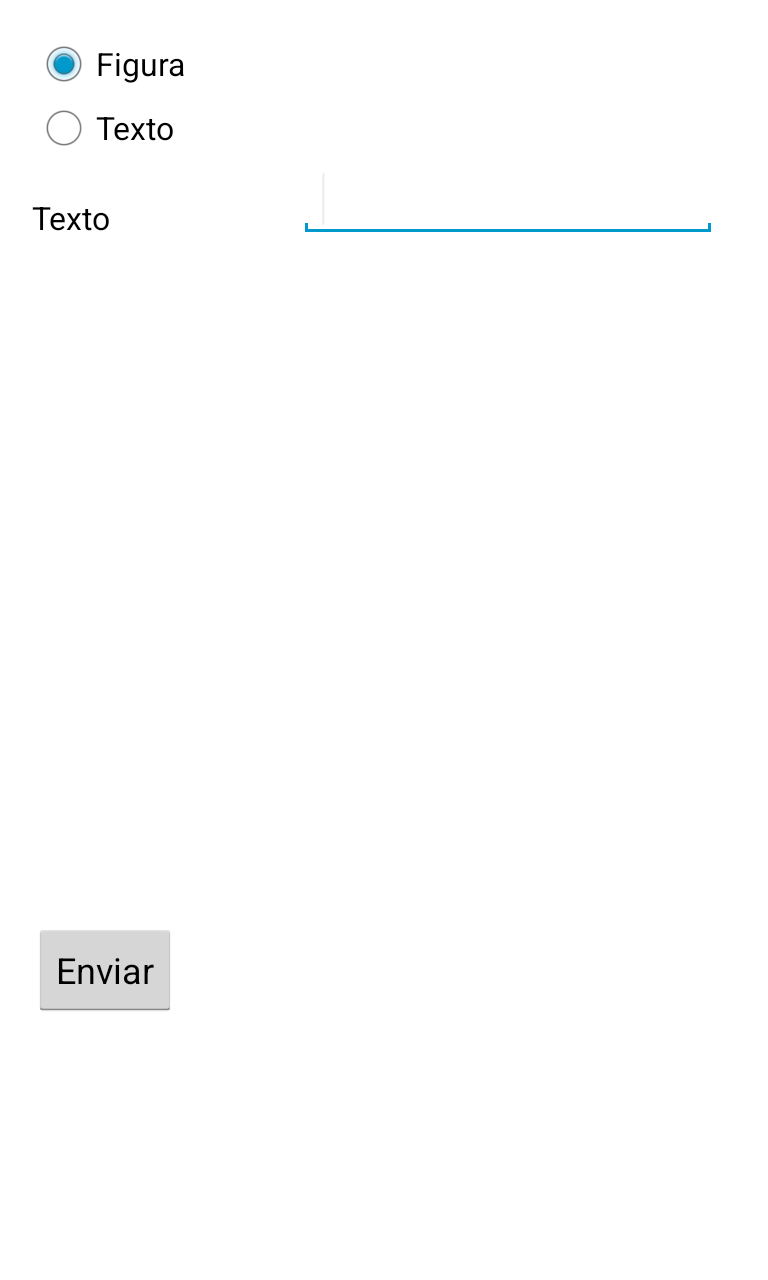
Repository: Anrai/android-app
Layout: Ejercicios/res/layout/activity_main.xml
The author's editor kept a copy of each file at every save. The layout is drawn from the files as they stood at one save, then again after the next save.
It is drawn on a 768 x 1280 px phone screen (xhdpi) without system bars, with theme AppTheme; the app's code is not run. The app's manifest (not shown) leaves right-to-left support off. So textAlignment, textDirection and layoutDirection are ignored, and left and right values win over start and end ones.

Above is the layout before, as saved 2014-05-08 01:10:42.

After the next save:
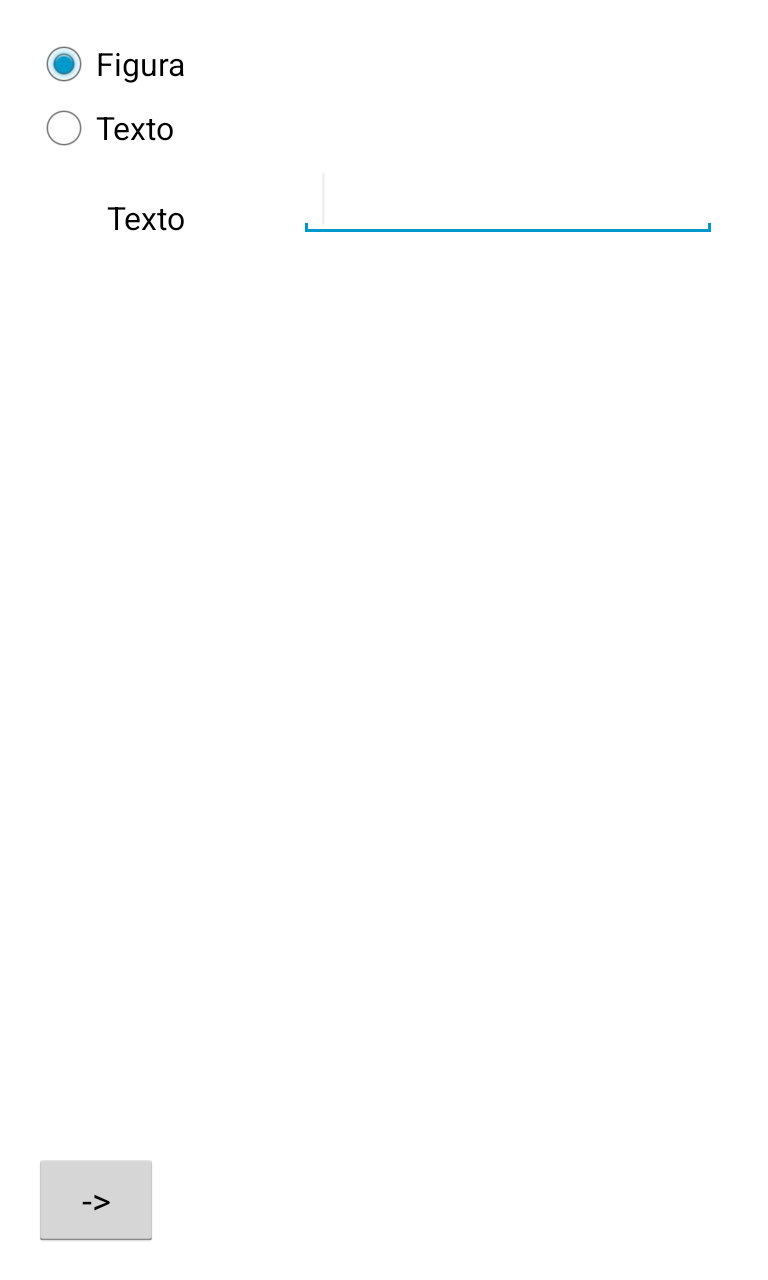
Saved 82 s later.
--- a/Ejercicios/res/layout/activity_main.xml
+++ b/Ejercicios/res/layout/activity_main.xml
@@ -7,15 +7,6 @@
     android:paddingRight="@dimen/activity_horizontal_margin"
     android:paddingTop="@dimen/activity_vertical_margin"
     tools:context=".MainActivity" >
-
-    <Button
-        android:id="@+id/enviar"
-        android:layout_width="wrap_content"
-        android:layout_height="wrap_content"
-        android:layout_alignParentBottom="true"
-        android:layout_marginBottom="115dp"
-        android:onClick="enviar"
-        android:text="Enviar" />
 
     <RadioGroup
         android:id="@+id/radioGroup1"
@@ -55,7 +46,16 @@
         android:layout_width="wrap_content"
         android:layout_height="wrap_content"
         android:layout_alignBottom="@+id/textoEscrito"
-        android:layout_alignLeft="@+id/radioGroup1"
+        android:layout_alignRight="@+id/radioGroup1"
         android:text="Texto" />
 
+    <Button
+        android:id="@+id/enviar"
+        android:layout_width="wrap_content"
+        android:layout_height="wrap_content"
+        android:layout_alignParentBottom="true"
+        android:layout_alignParentLeft="true"
+        android:onClick="enviar"
+        android:text="->" />
+
 </RelativeLayout>
